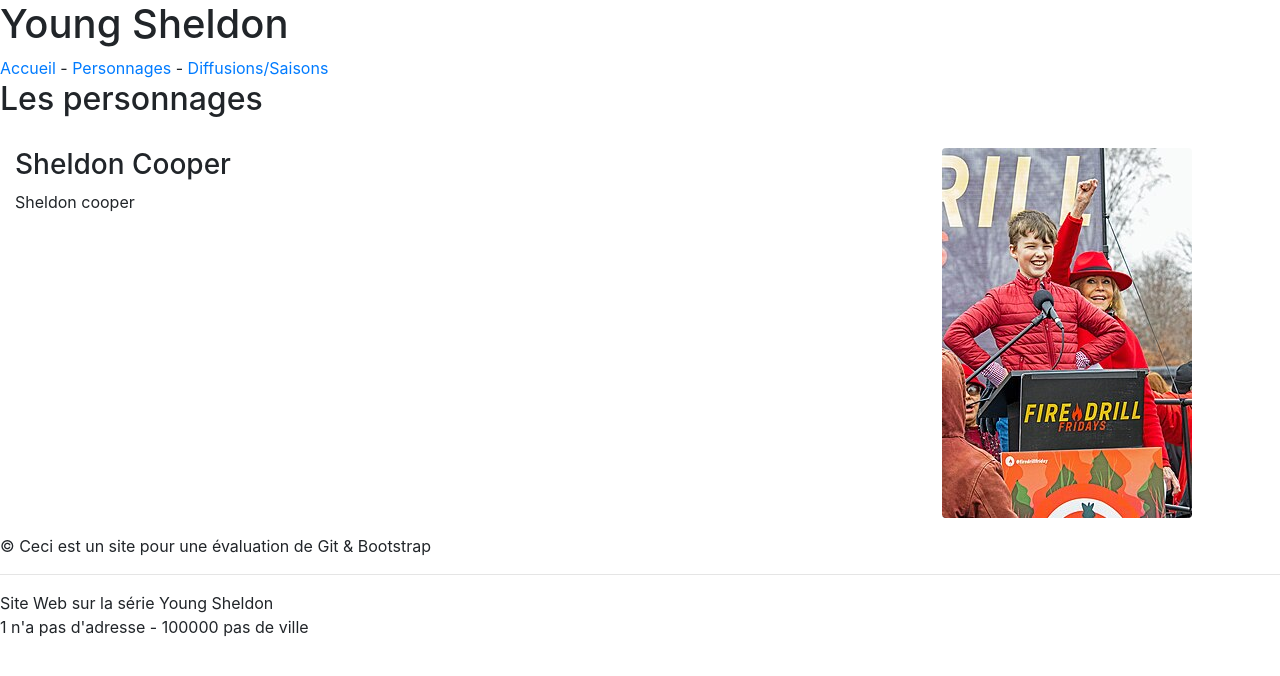
Repository: jkoz-dev/Site_Web_Young_Sheldon_KOZIEL.github.io
Page: personnages.html
An editor plug-in stored every save of this project. The page is shown before and after the next save, followed by the edit.
The browser window is 1280 px wide. The pictures show the whole page.

Above is the page before, as saved 2025-12-12 11:30:35.

After the next save:
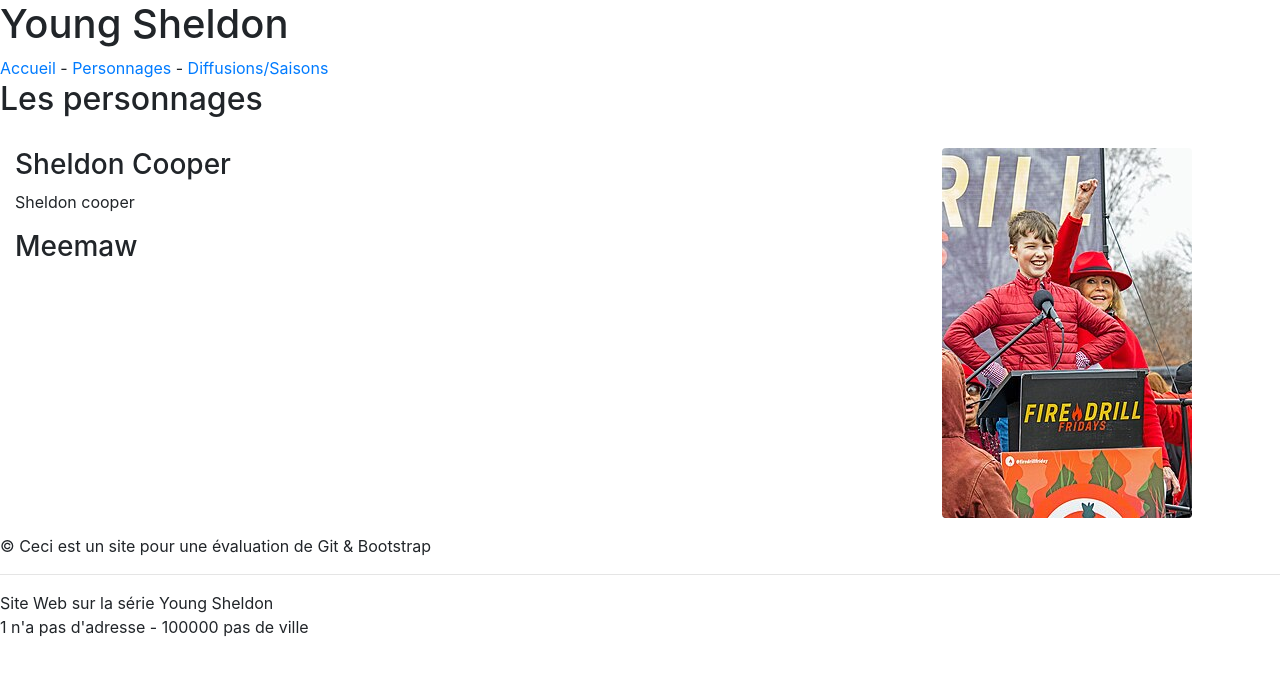
Saved 15 s later.
--- a/personnages.html
+++ b/personnages.html
@@ -27,6 +27,7 @@
             <div class="col-sm-8">
                 <h3>Sheldon Cooper</h3>
                 <p>Sheldon cooper </p>
+                <h3> Meemaw</h3>
             </div>
             <div class="col-sm-4">
                 <figure>
